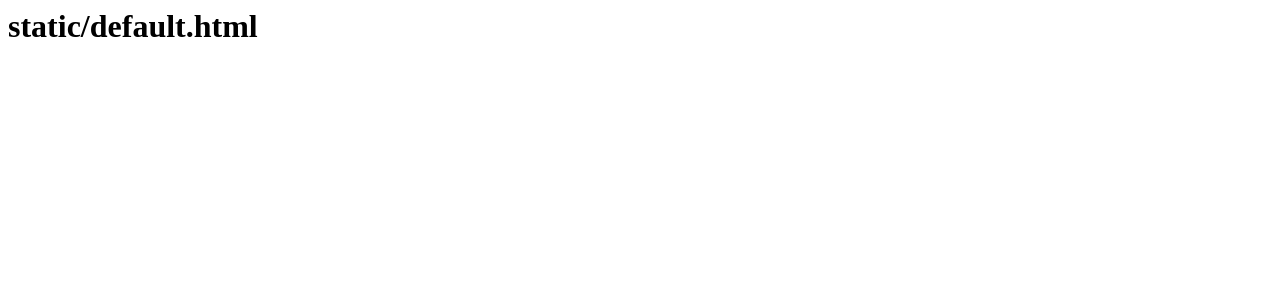
Repository: Six-Tail/JavaFrameWork
Page: 3주차/chaperNew1/src/main/resources/static/index.html
An editor plug-in stored every save of this project. The page is shown before and after the next save, followed by the edit.
The browser window is 1280 px wide. The pictures show the whole page.

Above is the page before, as saved 2024-03-25 00:44:20.

### 3주차/chaperNew1/src/main/resources/static/index.html
<html>
	<head>

	</head>
	<body>
		<h1>
			static/default.html
		</h1>
	</body>
	</html>

After the next save:
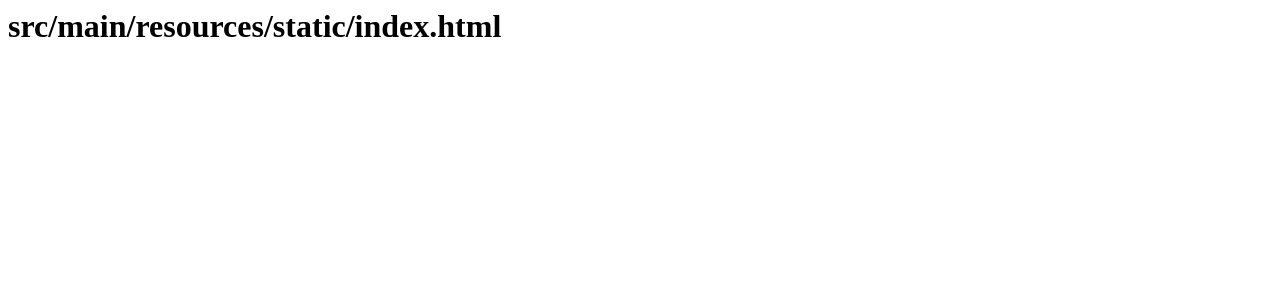
Saved 22 s later.
--- a/3주차/chaperNew1/src/main/resources/static/index.html
+++ b/3주차/chaperNew1/src/main/resources/static/index.html
@@ -3,8 +3,6 @@
 
 	</head>
 	<body>
-		<h1>
-			static/default.html
-		</h1>
+		<h1>src/main/resources/static/index.html</h1>
 	</body>
 	</html>
